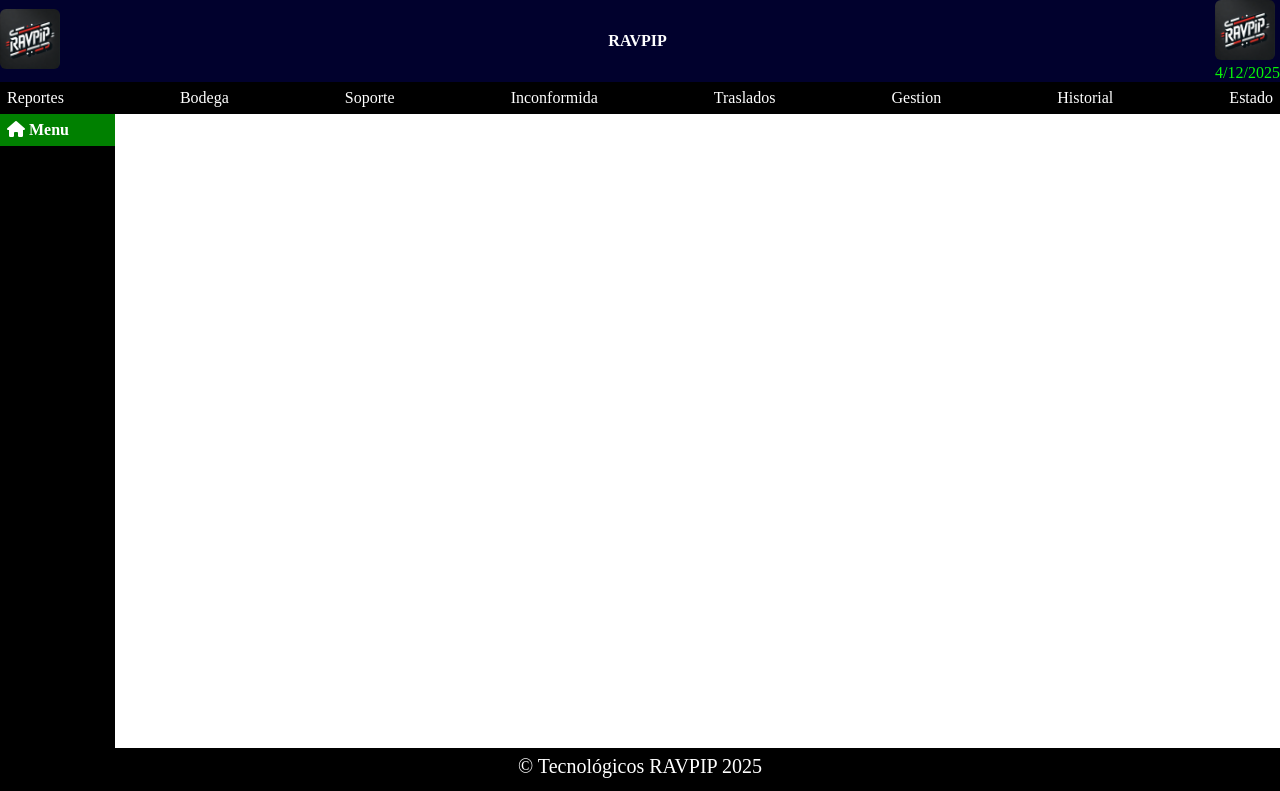
Repository: ye909/RAVPIP
Page: index.html
An editor plug-in stored every save of this project. The page is shown before and after the next save, followed by the edit.
The browser window is 1280 px wide. The pictures show the whole page.
After loading, the first visible `#historial` was clicked once.
Some web libraries are served in a nearby version.

Above is the page before, as saved 2025-04-12 15:07:10.

### index.html
<!DOCTYPE html>
<html lang="es">

<head>
    <meta charset="UTF-8">
    <meta name="viewport" content="width=device-width, initial-scale=1.0">
    <title>Estado</title>
    <link rel="stylesheet" href="./src/css/heder.css">
    <script src="https://cdn.jsdelivr.net/npm/sweetalert2@11"></script>
    <script src="https://kit.fontawesome.com/5ca3312b29.js" crossorigin="anonymous"></script>
</head>

<body>
    <div class="containerTituloLogo">
        <div><img src="./src/imagenes/logo2.webp" alt="Logo" class="imglogo"></div>
        <h1>RAVPIP</h1>
        <div><img src="./src/imagenes/logo2.webp" alt="Logo" class="imglogo"> <br><span id="fecha"></span></div>

    </div>

    <nav id="contenedornav">
        <ul id="menu1">

            <li><a href="#" aria-label="Abrir Reportes">Reportes</a></li>
            <li><a href="" aria-label="">Bodega</a></li>
            <li><a href="" aria-label="Soporte">Soporte</a></li>
            <li><a href="" aria-label="Inconformida">Inconformida</a></li>
            <li><a href="#" aria-label="Traslados">Traslados</a></li>
            <li><a href="" aria-label="Gestion">Gestion</a></li>
            <li><a href="#"  aria-label="Abrir Historial" id="historial">Historial</a></li>

            <li><a href="" id="itemEstado" aria-label="Abrir Estado">Estado</a></li>
        </ul>
    </nav>


     <di class="contenedorPrincipal">
        <aside id="barraLateralMenu">
            <h2 class="cajaverde" id="cajaverde"><i class="fa-solid fa-house"></i> Menu</h2>
            <div class="sudmenu" id="sudmenu">
                <div><a href="" id="inventario"> <i class="fa-solid fa-calendar"></i> Inventario</a></div>
                <div><a href="./src/templei/ventasPortatil.html"> <i class="fa-solid fa-tag"></i> Ventas</a></div>
                <div><a href="#" id="alquilerlink"><i class="fa-solid fa-handshake" ></i> Alquiler</a></div>
                <div><a href="#"><i class="fa-solid fa-pen-to-square"></i> Bajas</a></div>
                <div><a href="./src/templei/reparicion.html"><i class="fa-solid fa-desktop"></i> Reparación</a></div>
            </div>
        </aside>
        <section class="centrado" id="centrado">

            <div class="containerProgreso" id="containerProgreso">
                <div>Ventas <br>
                    <p>0</p>
                </div>
                <div>Historia <br>
                    <p>0</p>
                </div>
                <div>Alquiler <br>
                    <p>0</p>
                </div>
                <div>Estado <br>
                    <p>0</p>
                </div>
            </div>


            <div class="container">
                <h1>Alquiler de Equipos</h1>
                <form id="rental-form">
                    <div class="form-group">
                        <div>
                            <label for="producto-id">ID del Producto:</label>
                            <input type="number" id="producto-id">
                            <label for="tipo">Tipo:</label>
                            <select id="tipo">
                                <option value="">Seleccione el producto</option>
                                <option value="CPU">CPU</option>
                                <option value="Monitor">Monitor</option>
                                <option value="Computadora">Computadora</option>
                                <option value="Memoria RAM">Memoria RAM</option>
                                <option value="Almacenamiento">Almacenamiento</option>
                                <option value="Tarjeta Gráfica">Tarjeta Gráfica</option>
                                <option value="Refrigeración">Refrigeración</option>
                                <option value="Fuente de Poder">Fuente de Poder</option>
                                <option value="Placa Madre">Placa Madre</option>
                                <option value="Periférico">Periférico</option>
                                <option value="Gabinete">Gabinete</option>
                            </select>
                            <label for="quantity">Cantidad:</label>
                            <input type="number" id="Cantidad"  />
                        </div>

                        <div>
                            <label for="marca">Marca:</label>
                            <input type="text" id="marca">

                            <label for="modelo">Modelo:</label>
                            <input type="text" id="modelo">
                            <label for="fecha">fecha:</label>
                            <input type="date" id="fecha">
                        </div>
                        <div>
                            <label for="Precio">Precio:</label>
                            <input type="number" id="Precio">
                            <label for="days">Días de alquiler:</label>
                            <input type="number" id="diaPrestamo"  /><br><br>
                            <h3>Total del alquiler: <span id="total">$0</span></h3>
                        </div>
                        <div class="form-group">

                            <div>
                                <label for="detalles">Detalles Adicionales:</label>
                                <textarea name="" id="detalles" cols="70" rows="10" ></textarea>
                            </div>
                        </div>


                    </div>
                    <p id="mensajeFormulario"></p>
                    <button type="submit" >Enviar</button>
                </form>


            </div>




        </section>
    </di>
    <footer>
        <p>&copy;  Tecnológicos RAVPIP 2025</p>
      </footer>

    <script src="./src/js/heder.js"></script>

</body>

</html>

### src/css/heder.css
*{
  margin: 0;
  padding: 0;
  background-attachment: fixed;
  background-size: cover;
  transition:0.6 ;
  box-sizing: border-box;
}


.imglogo {
  object-fit: cover;
  width: 60px;
  height: auto;
  flex-shrink: 0;
  border-radius: 6px;
}

:is(.containerTituloLogo,.containerProgreso,.form-group,ul){
  display: flex;
        align-items: center;
        justify-content: space-between;
        /* flex-flow: row; */
        flex-wrap: wrap;
}
.containerTituloLogo{
  background:rgb(1, 1, 45);
  color:white;

}

nav{
width: 100%;
height: auto;

}
ul{
list-style: none;

}

a{
  text-decoration: none;
  font-size: 100%;

}
:is(.colormenu,aside,nav){
  background:black;
}
:is(a,aside){
  color:white;

}
.colormenu{
  width: 10%;
}
:is(.containerProgreso,.colormenu,.sudmenu,.sudmenu div,ul,.cajaverde,p){
  padding: 7px;
}
li a:hover{
  color:yellow;
}
:is(.cajaverde){
  background:green;
  font-size: 100%;
}
.containerTituloLogo h1{
  font-size: 100%;
}

.sudmenu{
  visibility: hidden;

  }
  .submenuHistoria{
    display: none;
  }
  .sudmenu div a{
    font-size: 100%;

  }
  .contenedorPrincipal {
    display: flex;
    width: 100%;
    height: 88vh;
  }
  .container{
    visibility: hidden;
  }
  section.centrado {
   width: 80%;
  overflow: hidden;
  }


  aside {
    flex-basis: 9%;
   height: auto;
  }

.cajaverde{

  cursor: pointer;
}

.containerProgreso div{
  border-radius:80%;
   border-left:blue solid 6px;
   border-top:green solid 6px;
   padding: 30px;
   font-size: 20px;
  }

table {
  text-align: center;
font-size: 20px;
width: 100%;
  border-collapse: collapse;
  background-color: #ffffff;
  box-shadow: 0 4px 8px rgba(0,0,0,0.1);
  margin-top: -140px;

  height: auto;
}

thead {

  background-color: #007bff;
  color: white;

}

th {
  padding: 1rem;
  text-align: center;
  border: 1px solid #ddd;
  font-size: 1.3rem;

}
tr{
  border: 1px solid #6b92f4;
}
p{
font-weight: 15px;
  text-align: center;
}
#tablaComponentes,#containerProgreso{
  visibility: hidden;
}



/* alquiler */



.container {
  background: white;
  padding: 25px;
  border-radius: 10px;
  width: 90%;
  flex-grow: 1;
  margin: auto;
  margin-left: 70px;
  margin-top: -100px;
  box-shadow: 0px 0px 10px 20px rgba(0, 0, 0, 0.1);
}

h1 {
  text-align: center;

}

.form-group {
  margin-bottom: 15px;
}

label {
  display: block;
  font-weight: bold;
 font-size: 20px;
 padding: 5px;
}
form{
  width: 100%;
  padding: 10px;
}
input, select {
  width: 300px;
  padding: 8px;
  border: 1px solid #ccc;
  border-radius: 5px;
  margin-top: 5px;
}
:focus{
  outline:1px #0056b3 solid;
}


button {
  width: 100%;
  padding: 10px;
  background-color: #007bff;
  color: white;
  border: none;
  font-size: 16px;
  cursor: pointer;
  border-radius: 5px;
}

button:hover {
  background-color: #0056b3;
}

.result {
  text-align: center;
  margin-top: 20px;
  font-size: 18px;
  color: #444;
}
 footer {
  width: 100%;
  display: grid;
  grid-template-rows: auto 1fr auto;
  height: 6vh;
  text-align: center;
  background-color:black;
  color: #fff;
 font-size: 20px;

}

### src/js/heder.js
 const fechaheder = document.getElementById("fecha")
const fecha= new Date()
const fechatotal=fecha.toLocaleDateString()
fechaheder.innerText=fechatotal
fechaheder.style.color="rgb(7, 247, 7)"

document.addEventListener("DOMContentLoaded", () => {
    fetch("/src/js/datos.json")
      .then(response => {
        if (!response.ok) {
          throw new Error(`Error al cargar el archivo JSON: ${response.status}`);
        }
        return response.json();
      })
      .then(data => {
        // Verificar si el contenedor "centrado" existe
        const centrado = document.getElementById("centrado");
        if (!centrado) {
          throw new Error("El contenedor #centrado no existe en el DOM.");
        }

        // Crear una sola tabla
        const tablaComputador = document.createElement("table");
        tablaComputador.setAttribute("id", "tablaComponentes");
        tablaComputador.classList.add("tablaComponentes");

        // Crear el encabezado de la tabla
        tablaComputador.innerHTML = `
          <thead>
            <tr>
              <th>Id</th>
              <th>Producto</th>
              <th>Precio</th>
              <th>Imagen</th>
            </tr>
          </thead>
          <tbody></tbody>
        `;

        // Agregar la tabla al contenedor
        centrado.appendChild(tablaComputador);

        // Obtener el cuerpo de la tabla
        const tbody = tablaComputador.querySelector("tbody");

        // Iterar sobre los datos y agregar filas al tbody
        data.forEach((item, index) => {
          const row = document.createElement("tr");
          row.innerHTML = `
            <td>${index + 1}</td>
            <td>${item.name}</td>
            <td>$${item.price}</td>
            <td><img src="${item.image}" alt="${item.name}" style="max-width: 100px;"></td>
          `;
          tbody.appendChild(row); // Agregar la fila al tbody
        });
      })
      .catch(error => {
        console.error("Error:", error);
      });
  });
const cajaverde = document.getElementById("cajaverde");
const inventario = document.getElementById("inventario");
const itemEstado = document.getElementById("itemEstado");
const containerformulario= document.querySelector(".container")

cajaverde.addEventListener("click", () => {
  const sudmenu = document.getElementById("sudmenu");
  sudmenu.style.visibility = "visible";
  cajaverde.remove();
});
inventario.addEventListener("click", (e) => {
  e.preventDefault();
  const tablaComponentes = document.getElementById("tablaComponentes");
  tablaComponentes.style.visibility = "visible";
});
itemEstado.addEventListener("click", (e) => {
  e.preventDefault();
  const containerProgreso = document.getElementById("containerProgreso");
  containerProgreso.style.visibility = "visible";
});

// alquiler formulario
document.getElementById("alquilerlink").addEventListener("click",productoAlquiler)

function productoAlquiler() {

  containerformulario.style.visibility = "visible";
}

document.getElementById("rental-form").addEventListener("submit",productoFormulario)

function productoFormulario(event) {
  event.preventDefault()
  // localStorage.setItem("","")
  const mensajeFormulario = document.getElementById("mensajeFormulario")
  const productoid = document.getElementById("producto-id").value
const tipo = document.getElementById("tipo").value
   const marca = document.getElementById("marca").value
   const modelo = document.getElementById("modelo").value
   const fecha = document.getElementById("fecha").value
   const Precio = document.getElementById("Precio").value
   const Cantidad = document.getElementById("Cantidad").value
   const diaPrestamo = document.getElementById("diaPrestamo").value
   const detalles = document.getElementById("detalles")

if (productoid && tipo && marca && modelo && fecha && Precio && Cantidad && diaPrestamo && detalles) {
  console.log("listo")
   containerformulario.style.visibility = "hidden";
   Swal.fire({
    title: "En hora buena  prestamo realizado",
    icon: "success",
    draggable: true
  });

}else{
  mensajeFormulario.textContent="Lo sentimo hay campos vacios"
 mensajeFormulario.style.fontSize="20px"
 mensajeFormulario.style.color="red"
 mensajeFormulario.style.textAlign="center"
setTimeout(()=>{
  mensajeFormulario.innerText=""
},2500)
}
// esta informacion debe almacenar
console.log(productoid,tipo,marca,modelo,fecha,Precio , Cantidad ,diaPrestamo,detalles)
}


const contenedornav = document.getElementById("contenedornav")

document.getElementById("historial").addEventListener("click",hitorialAlquiler)

function hitorialAlquiler() {
alert("a")

}
/* <li><a href="">Historial Ventas</a></li>
<li><a href="./src/templei/historiaAlquiler.html">Historial Alquiler</a></li>
    <li><a href="">Historial Reparación</a></li>
     <li><a href="">Historial Bajas</a></li */

### src/js/datos.json

[
  { "id": 1,
  "name": "CPU Intel i5",
   "price": 850000,
   "image": "https://via.placeholder.com/200x150?text=CPU+Intel+i5" },
  { "id": 2, "name": "CPU AMD Ryzen 5", "price": 950000, "image": "https://via.placeholder.com/200x150?text=Ryzen+5" },
  { "id": 3, "name": "Mouse Logitech", "price": 70000, "image": "https://via.placeholder.com/200x150?text=Mouse" },
  { "id": 4, "name": "Teclado Mecánico", "price": 120000, "image": "https://via.placeholder.com/200x150?text=Teclado" },
  { "id": 5, "name": "Monitor 24\"", "price": 600000, "image": "https://via.placeholder.com/200x150?text=Monitor" },
  { "id": 6, "name": "Disco SSD 480GB", "price": 220000, "image": "https://via.placeholder.com/200x150?text=SSD" },
  { "id": 7, "name": "Disco HDD 1TB", "price": 180000, "image": "https://via.placeholder.com/200x150?text=HDD" },
  { "id": 8, "name": "Tarjeta de Video GTX 1660", "price": 1350000, "image": "https://via.placeholder.com/200x150?text=GPU" },
  { "id": 9, "name": "Memoria RAM 8GB", "price": 140000, "image": "https://via.placeholder.com/200x150?text=RAM+8GB" },
  { "id": 10, "name": "Gabinete Gamer", "price": 250000, "image": "https://via.placeholder.com/200x150?text=Gabinete" },
  { "id": 11, "name": "Fuente de poder 600W", "price": 180000, "image": "https://via.placeholder.com/200x150?text=PSU+600W" },
  { "id": 12, "name": "Mousepad XL", "price": 40000, "image": "https://via.placeholder.com/200x150?text=Mousepad" },
  { "id": 13, "name": "Cooler para CPU", "price": 85000, "image": "https://via.placeholder.com/200x150?text=Cooler" },
  { "id": 14, "name": "Cámara Web HD", "price": 90000, "image": "https://via.placeholder.com/200x150?text=Webcam" },
  { "id": 15, "name": "Audífonos Gamer", "price": 110000, "image": "https://via.placeholder.com/200x150?text=Headset" },
  { "id": 16, "name": "Tarjeta madre Intel", "price": 480000, "image": "https://via.placeholder.com/200x150?text=Motherboard" },
  { "id": 17, "name": "Tarjeta madre AMD", "price": 500000, "image": "https://via.placeholder.com/200x150?text=Motherboard+AMD" },
  { "id": 18, "name": "Router Wi-Fi", "price": 130000, "image": "https://via.placeholder.com/200x150?text=Router" },
  { "id": 19, "name": "Impresora multifuncional", "price": 600000, "image": "https://via.placeholder.com/200x150?text=Impresora" },
  { "id": 20, "name": "USB 64GB", "price": 45000, "image": "https://via.placeholder.com/200x150?text=USB+64GB" },
  { "id": 21, "name": "Disco Externo 2TB", "price": 370000, "image": "https://via.placeholder.com/200x150?text=Disco+Externo" },
  { "id": 22, "name": "Switch de red", "price": 160000, "image": "https://via.placeholder.com/200x150?text=Switch" },
  { "id": 23, "name": "Cable HDMI", "price": 25000, "image": "https://via.placeholder.com/200x150?text=HDMI" },
  { "id": 24, "name": "Cable SATA", "price": 15000, "image": "https://via.placeholder.com/200x150?text=SATA" },
  { "id": 25, "name": "Antena Wi-Fi USB", "price": 30000, "image": "https://via.placeholder.com/200x150?text=Antena+WiFi" },
  { "id": 26, "name": "Adaptador USB-C", "price": 20000, "image": "https://via.placeholder.com/200x150?text=USB-C" },
  { "id": 27, "name": "Soporte Monitor", "price": 60000, "image": "https://via.placeholder.com/200x150?text=Soporte" },
  { "id": 28, "name": "Lector de tarjetas", "price": 28000, "image": "https://via.placeholder.com/200x150?text=Lector" },
  { "id": 29, "name": "Batería portátil", "price": 85000, "image": "https://via.placeholder.com/200x150?text=Power+Bank" },
  { "id": 30, "name": "Hub USB 4 Puertos", "price": 55000, "image": "https://via.placeholder.com/200x150?text=USB+Hub" }
]

After the next save:
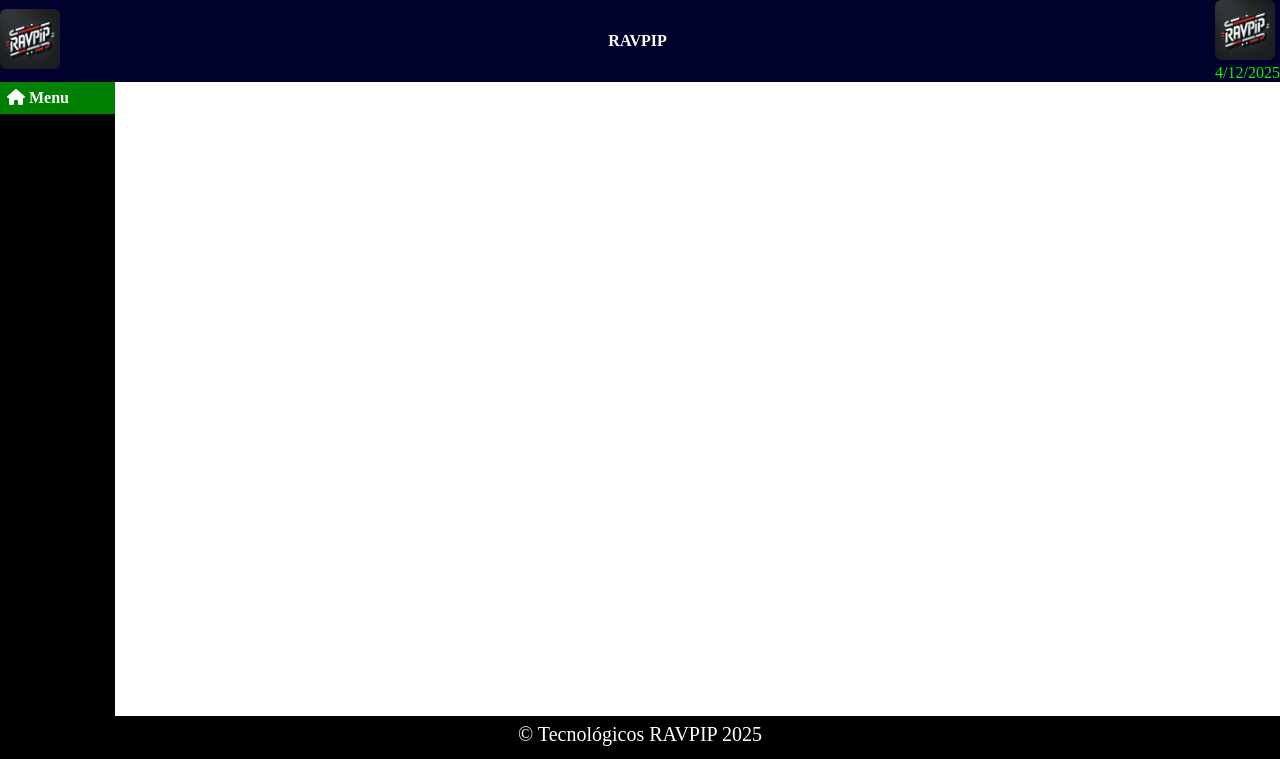
Saved 57 s later.
--- a/src/js/heder.js
+++ b/src/js/heder.js
@@ -128,10 +128,12 @@ console.log(productoid,tipo,marca,modelo,fecha,Precio , Cantidad ,diaPrestamo,de
 
 
 const contenedornav = document.getElementById("contenedornav")
+const menu1 = document.getElementById("menu1")
 
 document.getElementById("historial").addEventListener("click",hitorialAlquiler)
 
 function hitorialAlquiler() {
+  menu1.style.display="none"
 alert("a")
 
 }

After the save that followed:
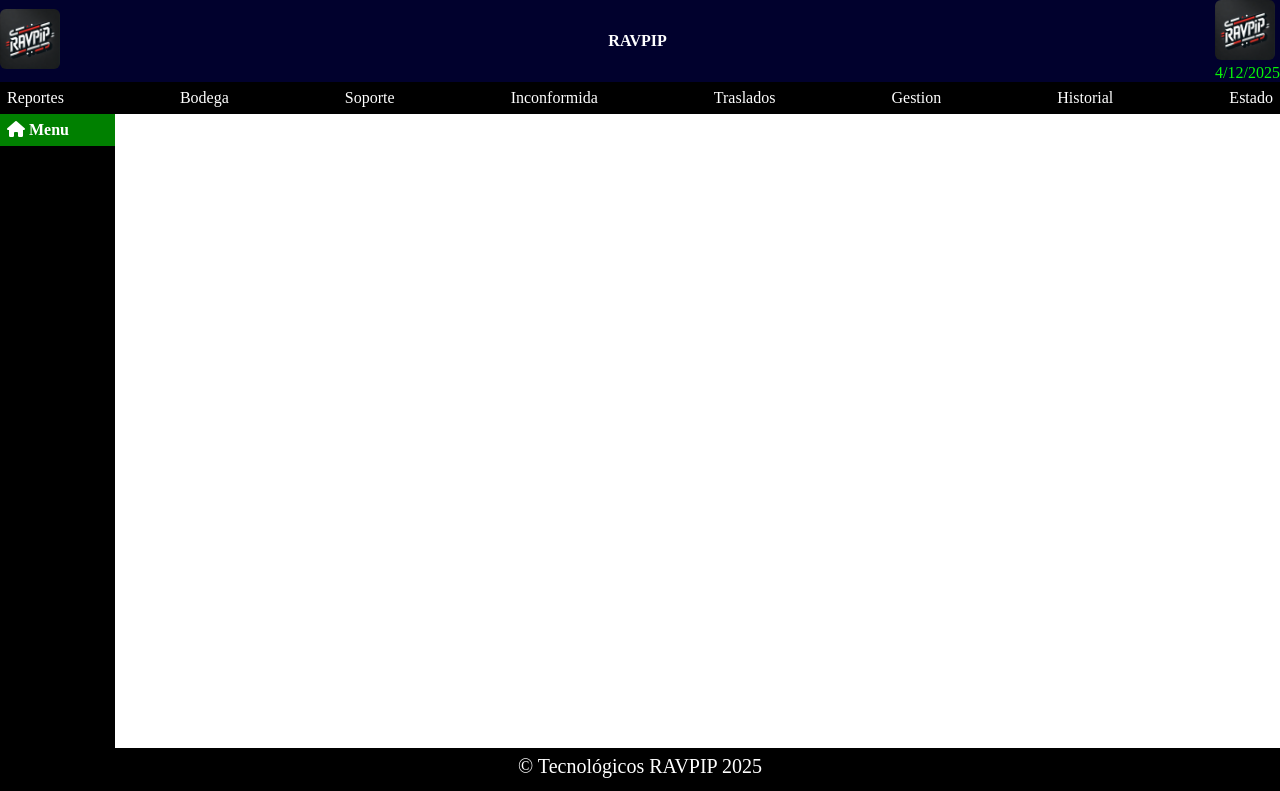
Saved 13 s later.
--- a/src/js/heder.js
+++ b/src/js/heder.js
@@ -133,7 +133,7 @@ const menu1 = document.getElementById("menu1")
 document.getElementById("historial").addEventListener("click",hitorialAlquiler)
 
 function hitorialAlquiler() {
-  menu1.style.display="none"
+  // menu1.style.display="none"
 alert("a")
 
 }
